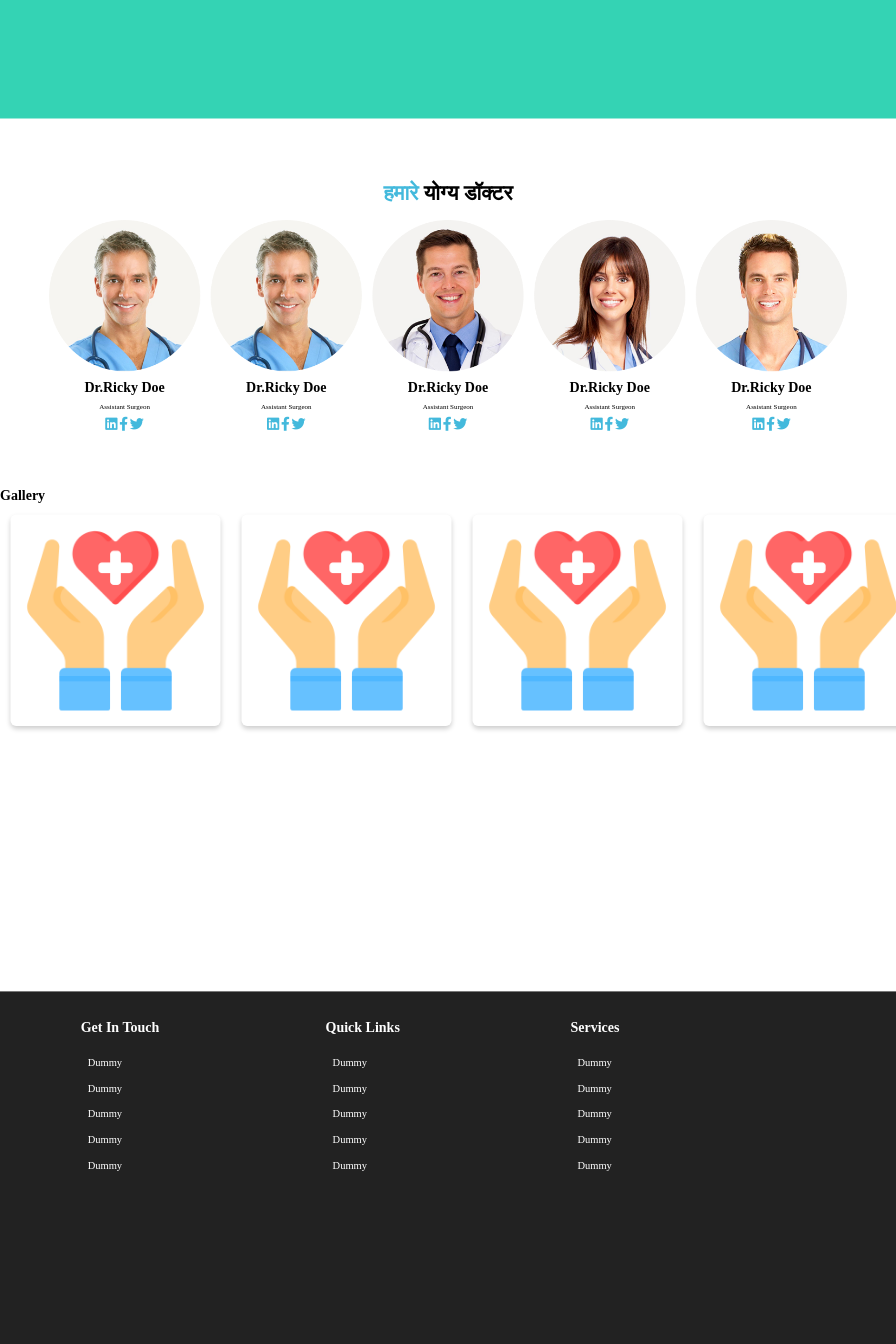
Repository: Aayush919/test
Page: index.html
These files come from the project's save history. The page is drawn as it stood at one moment and after the next save; the edit follows.
The browser window is 1280 px wide. The pictures show the part of the page from y = 2826 to 4746 px (the page is 4746 px tall), at 70% of full size.
Some web libraries are served in a nearby version.

Above is the page before, as saved 2023-10-15 12:57:05.
Console error: TypeError: Cannot read properties of null (reading 'addEventListener')

After the next save:
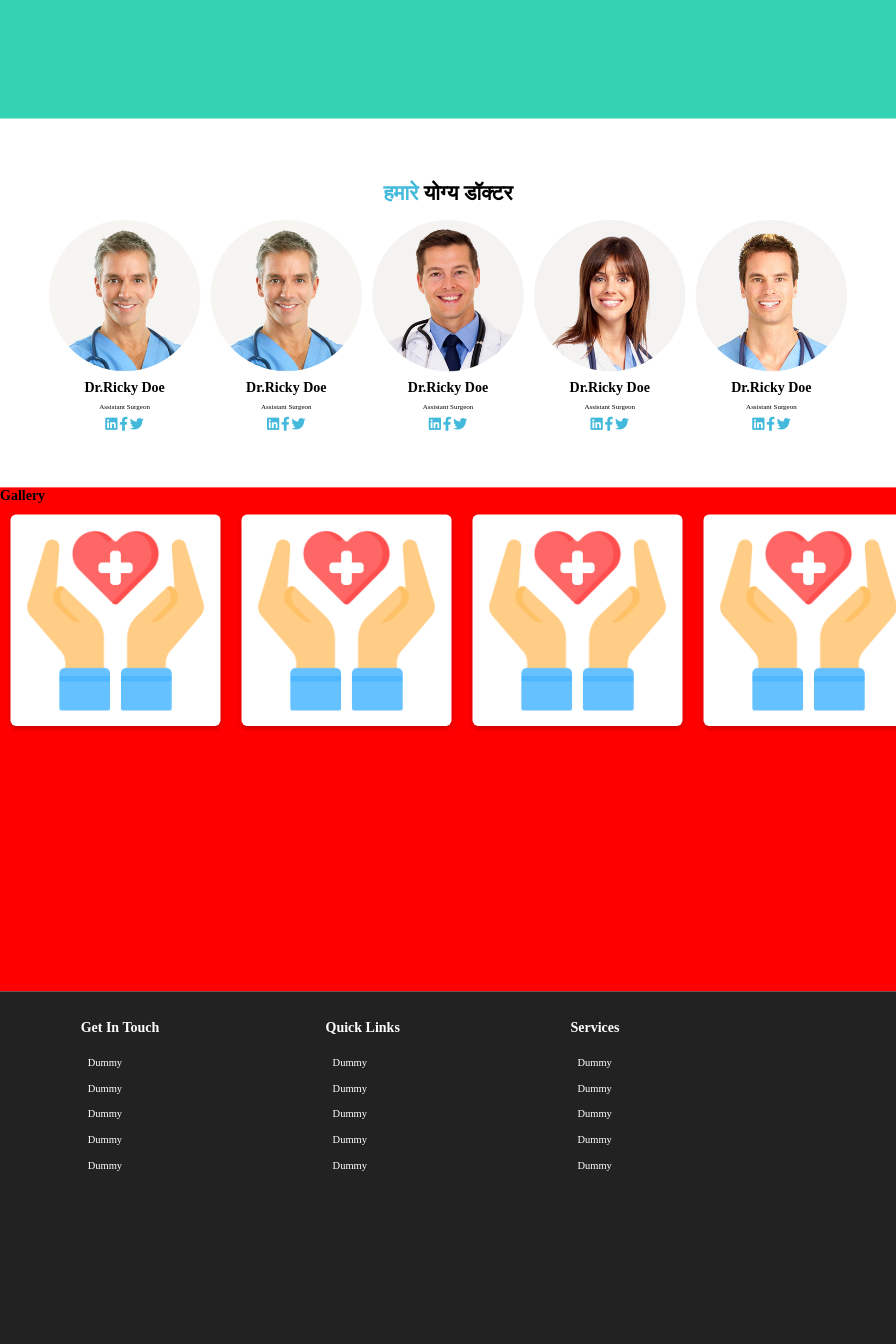
Saved 4 s later.
--- a/style.css
+++ b/style.css
@@ -504,7 +504,7 @@ section-container {
 
   .gallery{
     min-height: 100vh;
-    ba
+    background-color:red;
   }
 
 
